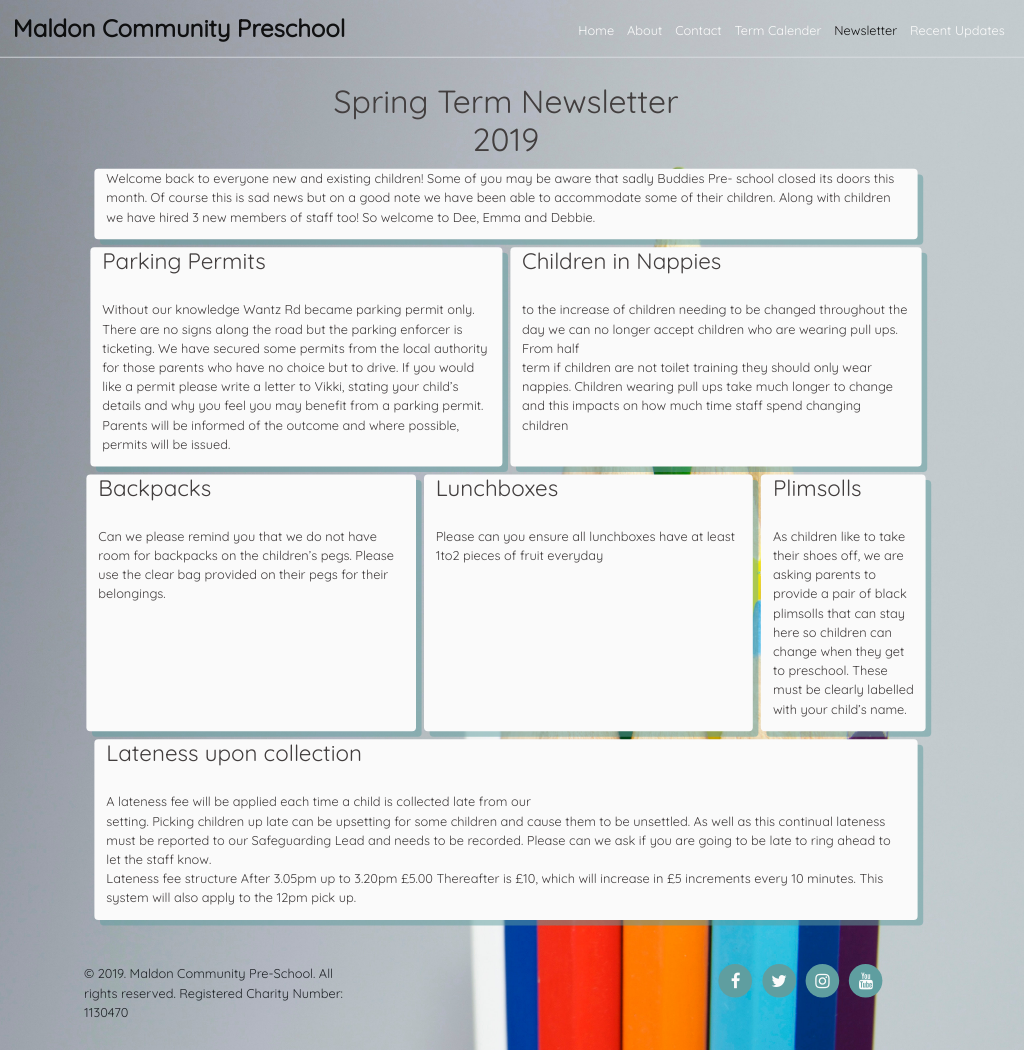
Repository: parkslee/milestone_1
Page: newsletter.html
The author's editor kept a record of every edit. The page is drawn from the files as they stood at one moment, then again after the next edit.
The browser window is 1280 px wide. The pictures show the whole page, at 80% of full size.
Some web libraries are served in a nearby version.

Above is the page before.

After the next edit:
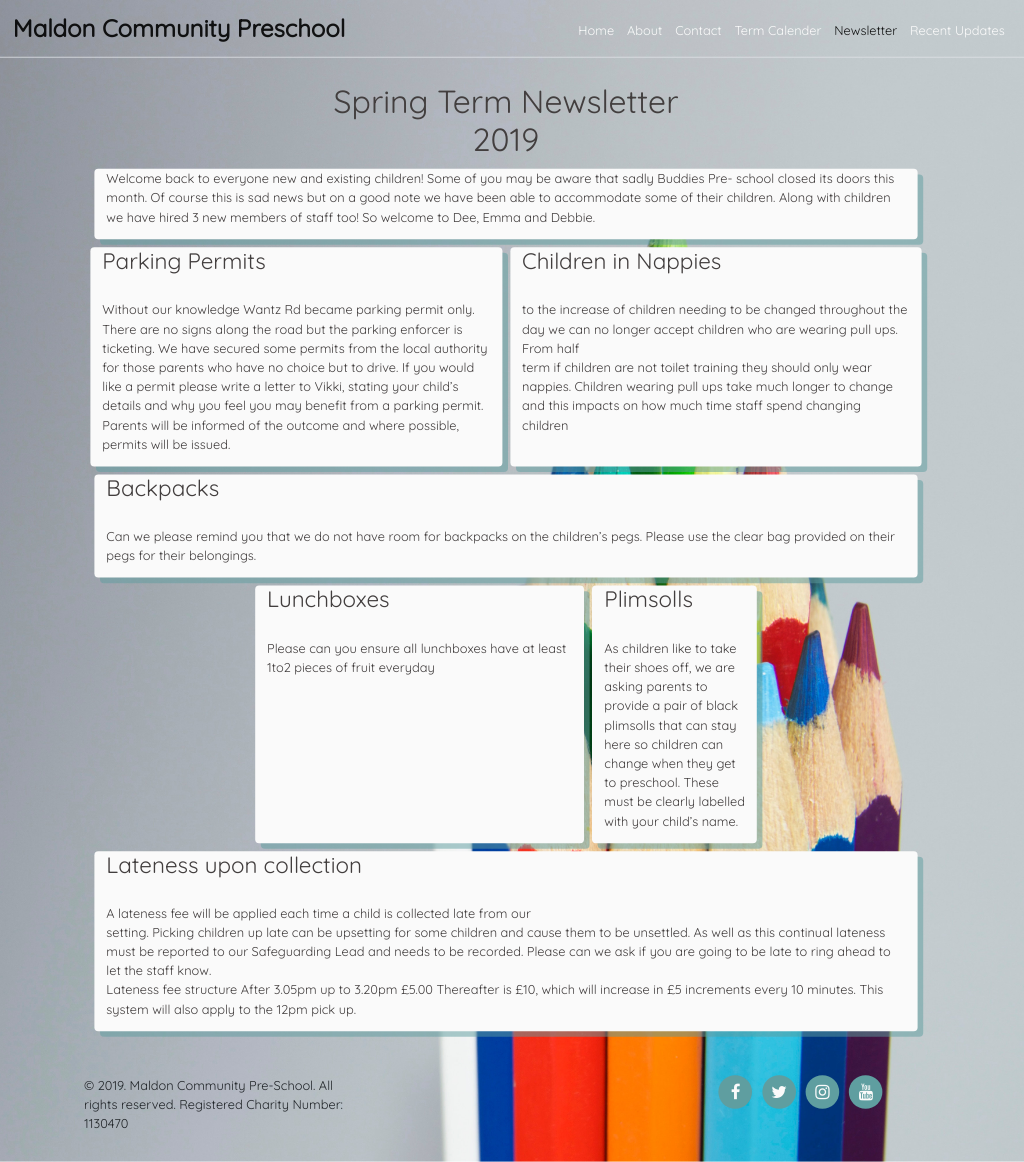
The edit:
--- a/newsletter.html
+++ b/newsletter.html
@@ -84,7 +84,7 @@
         </div>
 
         <div class="row justify-content-center">
-            <div class="col-sm-6 col-md-4 newsletter-blocks">
+            <div class="col-sm-6 col-md-10 newsletter-blocks">
                 <h3>Backpacks</h3>
                 <br>
                 <p>Can we please remind you that we do not have room for backpacks on the children’s pegs. Please use the clear bag provided on their pegs for their belongings.
